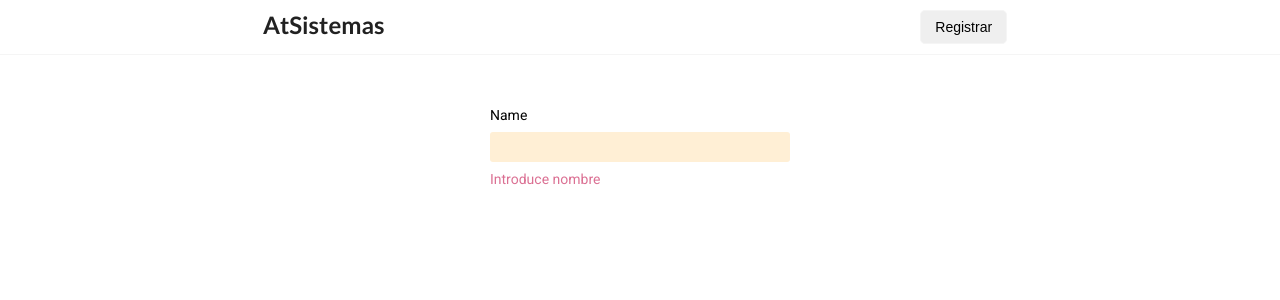
Repository: banchiec/atsistemas
Page: /site/register-site
An editor plug-in stored every save of this project. The page is shown before and after the next save, followed by the edit.
The browser window is 1280 px wide. The pictures show the whole page.
The project was rebuilt for these pictures with package versions that can differ from the ones it lists, and the page was loaded fresh each time. Also part of the build but not shown: src/components/SiteCard/SiteCard.js, src/redux/actions/sitesActions.js, src/screens/SiteScreen/SiteScreen.js, src/screens/SiteDetailsScreen/SiteDetailsScreen.js.

Above is the page before, as saved 2022-08-16 14:14:14.

### src/index.js
import React from "react";
import ReactDOM from "react-dom";
import App from "./App";
import store from "./redux/store";
import { Provider } from "react-redux";

ReactDOM.render(
  <React.StrictMode>
    <Provider store={store}>
      <App />
    </Provider>
  </React.StrictMode>,
  document.getElementById("root")
);

### src/App.js
import React from "react";
import { BrowserRouter as Router, Switch, Route } from "react-router-dom";
import SiteScreen from "./screens/SiteScreen/SiteScreen";
import SiteDetailsScreen from './screens/SiteDetailsScreen/SiteDetailsScreen'
import Header from "./components/Header/Header";
import "./App.css";
import RegisterSiteScreen from "./screens/RegisterSiteScreen/RegisterSiteScreen";

function App() {
  return (
    <div className="App">
      <Header/>
      <Router>
        <Switch>
          <Route path="/" exact component={SiteScreen} />
          <Route path="/site/register-site" exact component={RegisterSiteScreen} />
          <Route path="/site/:siteId" exact component={SiteDetailsScreen} />
          <Route>404 Not Found!</Route>
        </Switch>
      </Router>
    </div>
  );
}

export default App;

### src/components/Header/Header.js
import {ContainerHeader} from './headerStyled'

const Header = () => {
  function handleClick(){
    console.log("Object");
  }
	return(
    <ContainerHeader>
      <div>
        <h2>AtSistemas</h2>
      </div>
      <div>
        <button onClick={handleClick}>Registrar</button>
      </div>
    </ContainerHeader>
	)
}
export default Header

### src/App.css
* {
  font-family: "Roboto", sans-serif;
  padding: 0;
  margin: 0;
}

.ui.cards > .card > .image {
  height: 250px;
  padding: 20px;
  background: #fff;
  margin: auto;
}
.ui.cards > .card > .image > img {
  height: 100%;
  max-width: 100%;
  width: auto;
}
.ui.cards > .card > .content > .header {
  height: 48px;
  overflow: hidden;
  margin-bottom: 5px;
}
.ui.cards > .card > .content > .list{
  height: 36px;
  margin-bottom: 0px;
  overflow: hidden;
}
.ui.cards > .card .meta.name{
  margin-bottom: 5px;
  font-size: 18px;
  color: #333;
  font-weight: 600;
}

.ui.cards > .card .meta.name> a {
  font-size: 1.3rem;
  color: #222;
}

.ui.menu.fixed {
  height: 60px;
  padding-top: 15px;
}

.ui.grid.container {
  margin-top: 200px;
}

.ui.grid > .row {
  background: #fff;
}
.ui.grid > .row > .column.lp {
  padding: 20px 40px 20px 20px;
  align-self: flex-start !important;
}
.ui.grid > .row > .column.rp {
  padding: 20px 20px 20px 40px;
  text-align: left;
  align-self: flex-start !important;
}

.ui.grid > .row > .column > img,
.ui.grid > .row > img {
  height: 100%;
}
.ui.placeholder .header:not(:first-child):before,
.ui.placeholder .image:not(:first-child):before,
.ui.placeholder .paragraph:not(:first-child):before {
  display: none;
}

.ui.label,
.ui.labels .label {
  font-size: 22px;
}

.column.rp h1 {
  color: #333;
}
.column.rp p {
  font-size: 18px;
  color: #777;
}
.ui.placeholder.segment .column .button,
.ui.placeholder.segment .column .field,
.ui.placeholder.segment .column textarea,
.ui.placeholder.segment .column > .ui.input {
  background-color: #ff3e6c;
  border: 1px solid #ff3e6c;
  color: #fff;
  font-size: 18px;
  margin-left: 0;
}

### src/screens/RegisterSiteScreen/RegisterSiteScreen.js
import { ContainerRegisterSiteScreen, FormControl, Input, Label, Message } from "./registerSiteScreenStyled"

const RegisterSiteScreen = () => {

	const handleSubmit = () => {
		console.log("object");
	}
	return(
		<ContainerRegisterSiteScreen>
			<FormControl>
				<Label htmlFor="label">Name</Label>
				<Input id='label'/>
				<Message>Introduce nombre</Message>
			</FormControl>
		</ContainerRegisterSiteScreen>
	)
}
export default RegisterSiteScreen

### src/redux/reducers/index.js
import { combineReducers } from "redux";
import { sitesReducer, selectedSiteReducer } from "./sitesReducer";
const reducers = combineReducers({
  allSites: sitesReducer,
  site: selectedSiteReducer,
});
export default reducers;

### src/components/Header/headerStyled.js
import styled from 'styled-components'

const ContainerHeader = styled.div`
	display: flex;
	flex-direction: row;
	border-bottom: 1px solid whitesmoke;
	justify-content: space-around;
	div {
		padding: 10px;
		button{
			border-radius: 5px;
			padding: 8px 14px 8px 14px;
			border: 1px solid whitesmoke;
			margin: 0px 10px 0px 10px;
			:hover {
				background: black ;
				color: white;
				transition: 1s ease-out;
			}
		}
	}
`
export {
	ContainerHeader
}

### src/screens/RegisterSiteScreen/registerSiteScreenStyled.js
import styled from "styled-components";

export const ContainerRegisterSiteScreen = styled.div`
	display: flex;
	flex-direction: row;
	justify-content: center;
	align-items: center;
`
export const FormControl = styled.div`
	color: palevioletred;
	display: block;
	width: 300px;
	margin: 50px auto;
`
export const Label = styled.label`
	display: block;
	margin-bottom: 0.5em;
	color: black;
`
export const Input = styled.input`
	padding:  0.5em;
	color: black;
	background:  papayawhip;
	border: none;
	border-radius: 3px;
	width: 100%;
	margin-bottom: 0.5em;
`
export const Message = styled.label`
	margin-bottom: 0.5em;
	color: palevioletred;
	display: block;
`

### src/redux/reducers/sitesReducer.js
import { ActionTypes } from "../constants/action-types";
const intialState = {
  sites: [],
};

export const sitesReducer = (state = intialState, { type, payload }) => {
  switch (type) {
    case ActionTypes.SET_SITES:
      return {
        ...state,
        sites: payload
      };
    default:
      return state;
  }
};

export const selectedSiteReducer = (state = {}, { type, payload }) => {
  switch (type) {
    case ActionTypes.SELECTED_SITE:
      return {
        ...state,
        ...payload
      };
    case ActionTypes.REMOVE_SELECTED_SITE:
      return {};
    default:
      return state;
  }
};

### src/redux/constants/action-types.js
export const ActionTypes = {
  FETCH_SITES: 'FETCH_SITES',
  SET_SITES: "SET_SITES",
  SELECTED_SITE: "SELECTED_SITE",
  REMOVE_SELECTED_SITE: "REMOVE_SELECTED_SITE",
};

Loaded but not shown: public/index.html (common file); src/redux/store.js (common file)

After the next save:
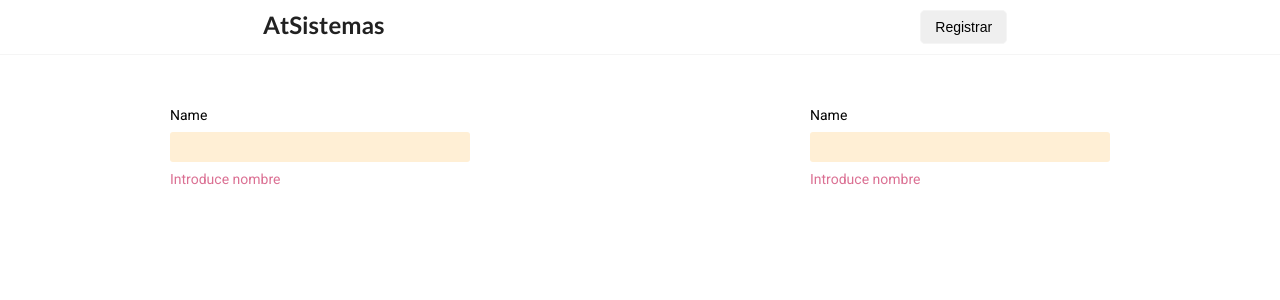
Saved 10 s later.
--- a/src/screens/RegisterSiteScreen/RegisterSiteScreen.js
+++ b/src/screens/RegisterSiteScreen/RegisterSiteScreen.js
@@ -12,6 +12,11 @@ const RegisterSiteScreen = () => {
 				<Input id='label'/>
 				<Message>Introduce nombre</Message>
 			</FormControl>
+			<FormControl>
+				<Label htmlFor="label">Name</Label>
+				<Input id='label'/>
+				<Message>Introduce nombre</Message>
+			</FormControl>
 		</ContainerRegisterSiteScreen>
 	)
 }
